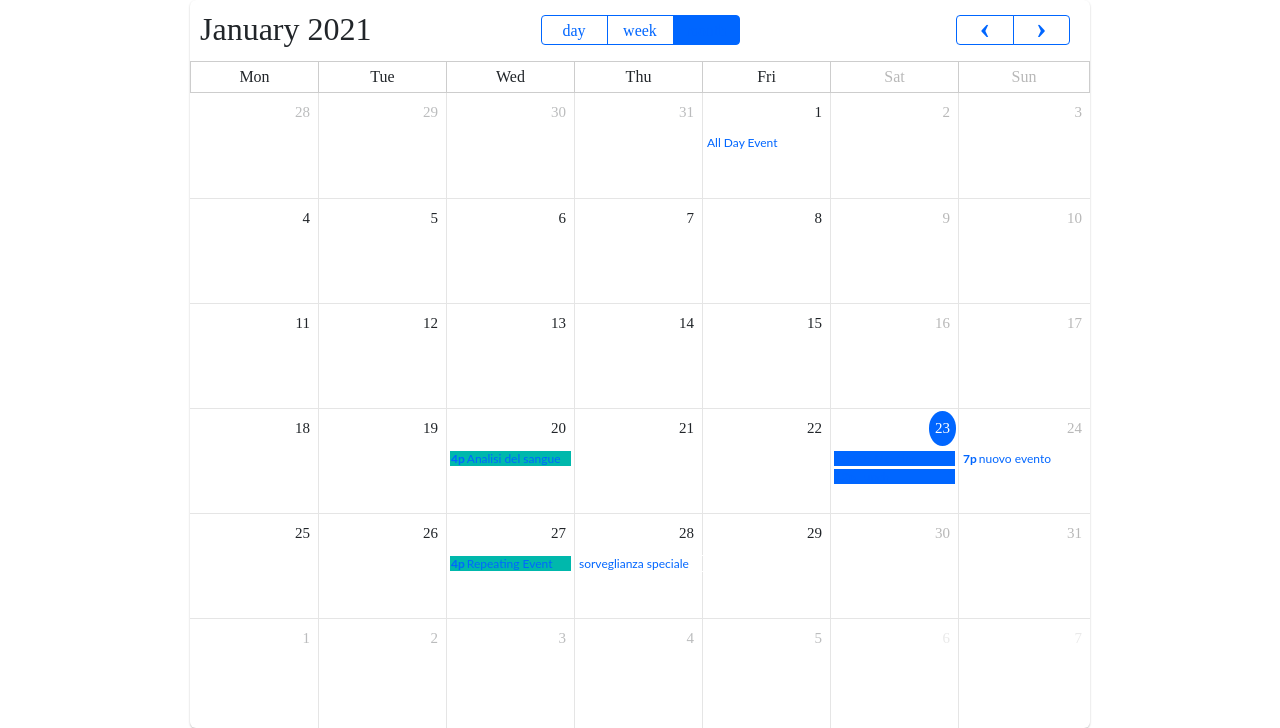
Repository: mohole/icare
Page: sviluppo/calendar/calendar.html
The author's editor kept a copy of each file at every save. The page is drawn from the files as they stood at one save, then again after the next save.
The browser window is 1280 px wide. The pictures show the whole page.
Some web fonts or font styles are not loaded; a fallback is used.

Above is the page before, as saved 2021-01-25 10:38:19.

After the next save:
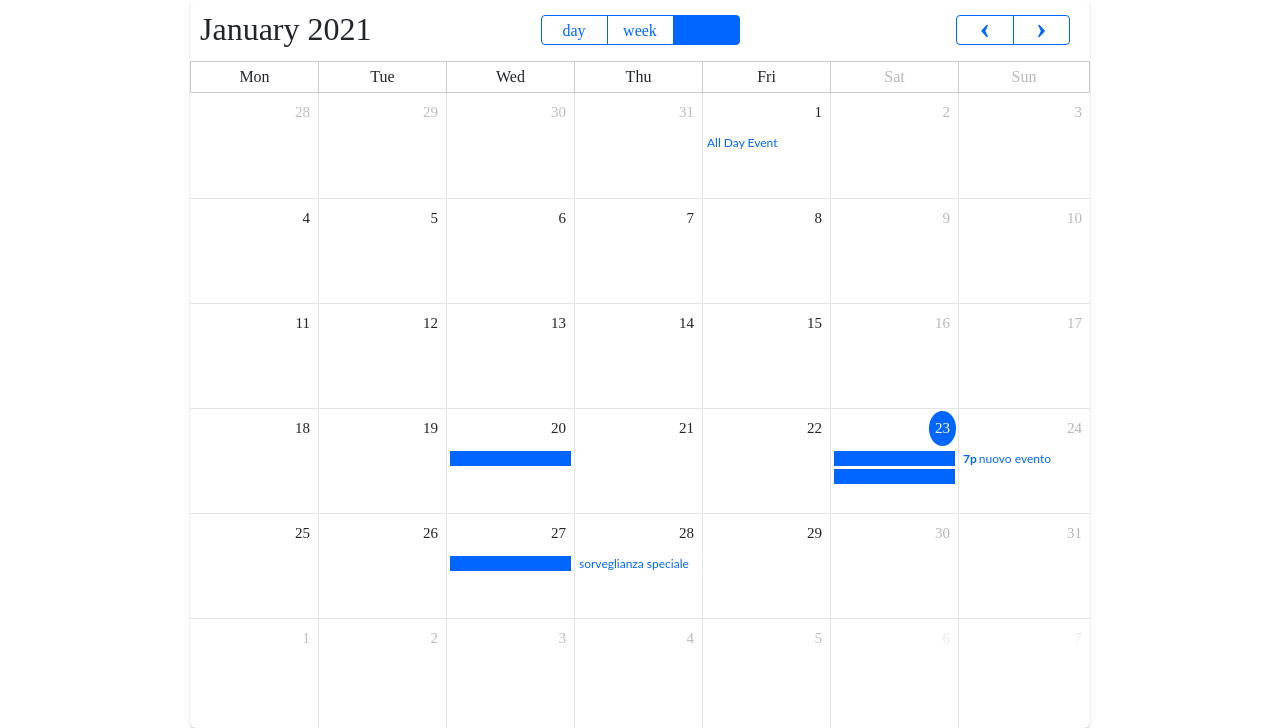
Saved 3 s later.
--- a/sviluppo/calendar/css/fullcalendar.css
+++ b/sviluppo/calendar/css/fullcalendar.css
@@ -3,8 +3,8 @@
 	/*===== Colores =====*/
 	--first-color:#0066FF;
 		--event-color: #0066FF;
-	--sub-color: #18B1A8;
-	--event-color2: #00b8ac;
+	--sub-color: #0066FF;
+	--event-color2: #0066FF;
 	--body-font: 'Montserrat';
 	--normal-font-size: 1rem;
 	--small-font-size: .875rem;
